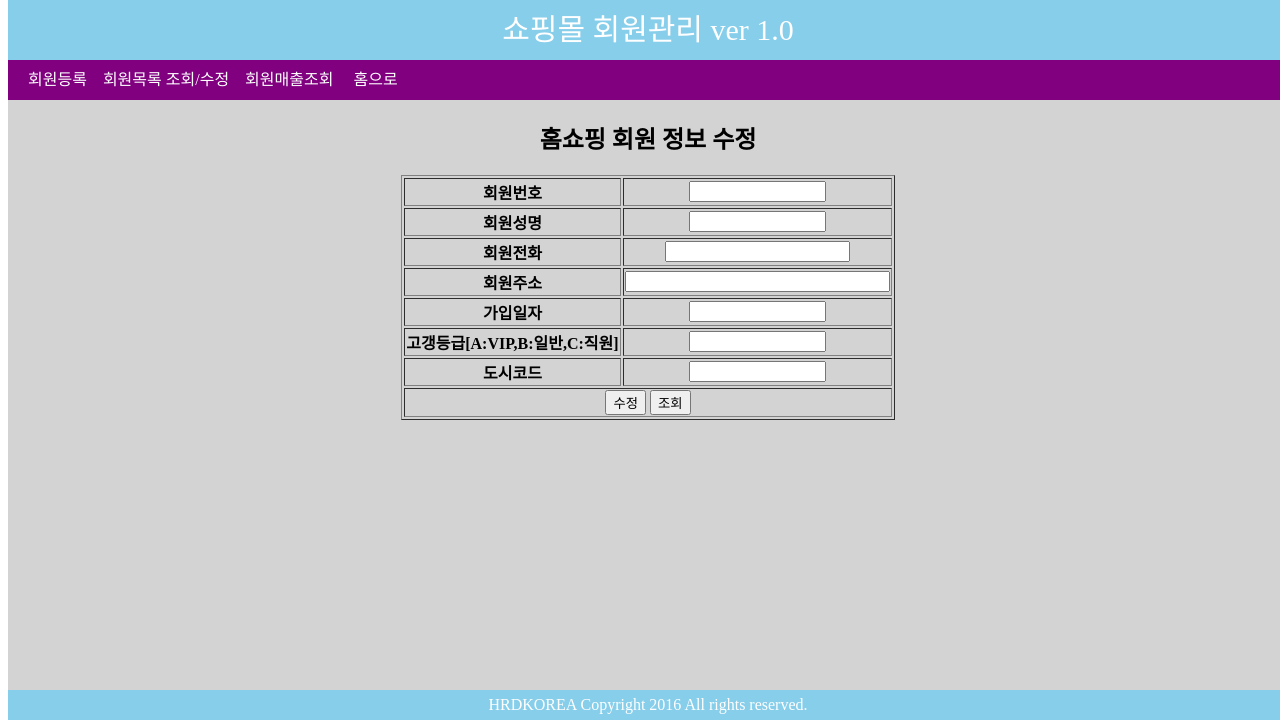
Repository: haileylee94/mini-project
Page: http://localhost/hrd/modify.jsp
These files come from the project's save history. The page is drawn as it stood at one moment and after the next save; the edit follows.
The browser window is 1280 px wide. The pictures show the whole page.
The page is served by Tomcat 9. Queries for data that is not in the repository find no rows.

Above is the page before, as saved 2022-11-18 09:11:13.

### hrd/WebContent/modify.jsp
<%@page import="DBPKG.Util"%>
<%@ page language="java" contentType="text/html; charset=UTF-8"
    pageEncoding="UTF-8"%>
<%@ page import="java.sql.*" %>
<!DOCTYPE html>
<html>
<head>
<meta charset="UTF-8">
<title>modify</title>
</head>
<body>
<jsp:include page="header.jsp"/>

<section style="position: fixed; background-color: lightgray; width: 100%; height: 100%; top: 100px">
	<h1 style="text-align: center"><b>홈쇼핑 회원 정보 수정</b><br></h1>
	<form name="f" method="post" onsubmit="return check()" style="display: flex; align-items: center; justify-content: center; text-align: center">
	<table border="1">
		<%
			Connection con=null;
			Statement stmt=null;
			String custno="";

			try{
				con=Util.getConnection();
				stmt=con.createStatement();
				String sql="select * from member_tbl_02 order by custno";
				ResultSet rs=stmt.executeQuery(sql);

			}catch(Exception e){
				e.printStackTrace();
			}
		%>
		<tr>
			<th>회원번호</th>
			<td><input name="custno" size=14 value="<%=custno %>" readonly></td>
		</tr>
		<tr>
			<th>회원성명</th>
			<td><input name="custname" size=14 value=<%=custno %>></td>
		</tr>
		<tr>
			<th>회원전화</th>
			<td><input name="phone" size=20 value=<%=custno %>></td>
		</tr>
		<tr>
			<th>회원주소</th>
			<td><input name="address" size=30 value=<%=custno %>></td>
		</tr>
		<tr>
			<th>가입일자</th>
			<td><input name="joindate" size=14 value=<%=custno %>></td>
		</tr>
		<tr>
		<th>고갱등급[A:VIP,B:일반,C:직원]</th>
			<td><input name="grade" size=14 value=<%=custno %>></td>
		</tr>
		<tr>
			<th>도시코드</th>
			<td><input name="city" size=14 value=<%=custno %>></td>
		</tr>
		<tr>
			<td colspan="2" style="text-align: center">
				<input type="submit" value="수정">
				<input type="button" value="조회" onclick="return search()">
			</td>
		</tr>
	</table>
	</form>
</section>
<jsp:include page="footer.jsp"/>
</body>
</html>

### hrd/WebContent/header.jsp
<%@ page language="java" contentType="text/html; charset=UTF-8"
    pageEncoding="UTF-8"%>
<!DOCTYPE html>
<html>
<head>
<meta charset="UTF-8">
<title>header</title>
<style type="text/css">
	*{
		text-decoration: none;
	}

	header{
		position:fixed;
		top:0px;
		width:100%;
		height: 60px;
		background-color: skyblue;
		color: white;
		text-align: center;
		line-height: 60px;
		font-size: 30px;
	}
	nav{
		position: fixed;
		top: 60px;
		width: 100%;
		height: 40px;
		background-color: purple;
		line-height: 40px;
		padding-left: 20px;
		color: #fff;
	}

	a{
		color: #fff;
	}
</style>
</head>
<body>

	<header>
		쇼핑몰 회원관리 ver 1.0
	</header>

	<nav>
		<a href="join.jsp">회원등록</a> &nbsp;&nbsp;
		<a href="memberList.jsp">회원목록 조회/수정</a> &nbsp;&nbsp;
		<a href="incom.jsp">회원매출조회</a> &nbsp;&nbsp;&nbsp;
		<a href="index.jsp">홈으로</a>
	</nav>
</body>
</html>

### hrd/WebContent/footer.jsp
<%@ page language="java" contentType="text/html; charset=UTF-8"
    pageEncoding="UTF-8"%>
<!DOCTYPE html>
<html>
<head>
<meta charset="UTF-8">
<title>footer</title>
<style type="text/css">
	footer{
		position: fixed;
		bottom: 0px;
		background-color: skyblue;
		width: 100%;
		height: 30px;
		color: white;
		text-align: center;
		line-height: 30px;
	}
</style>
</head>
<body>

	<footer>
		HRDKOREA Copyright 2016 All rights reserved.
	</footer>
</body>
</html>

### hrd/src/DBPKG/Util.java
package DBPKG;

import java.sql.*;
public class Util {
	public static Connection getConnection() throws Exception{
		Class.forName("oracle.jdbc.OracleDriver");
		Connection con = DriverManager.getConnection("jdbc:oracle:thin:@//localhost:1521/XE", "system", "1234");
		return con;
	}


}

After the next save:
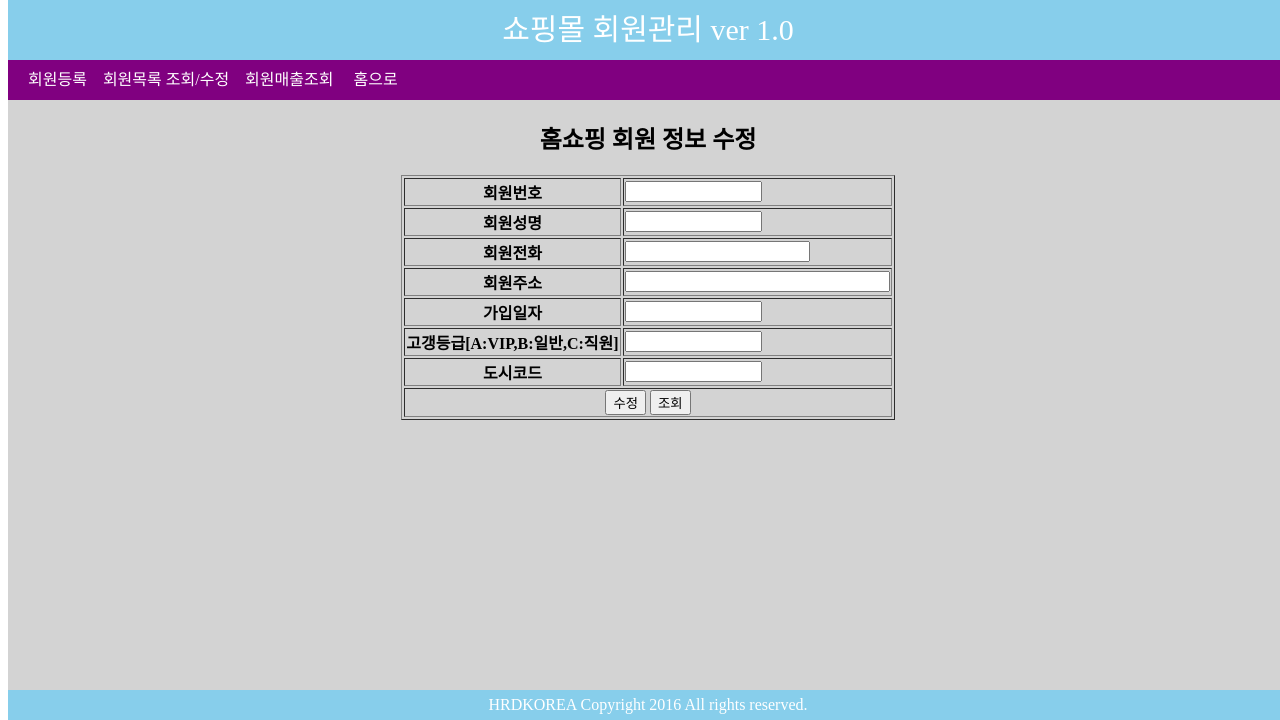
Saved 76 s later.
--- a/hrd/WebContent/modify.jsp
+++ b/hrd/WebContent/modify.jsp
@@ -13,7 +13,7 @@
 
 <section style="position: fixed; background-color: lightgray; width: 100%; height: 100%; top: 100px">
 	<h1 style="text-align: center"><b>홈쇼핑 회원 정보 수정</b><br></h1>
-	<form name="f" method="post" onsubmit="return check()" style="display: flex; align-items: center; justify-content: center; text-align: center">
+	<form name="f" method="post" onsubmit="return check()" style="display: flex; align-items: center; justify-content: center">
 	<table border="1">
 		<%
 			Connection con=null;
